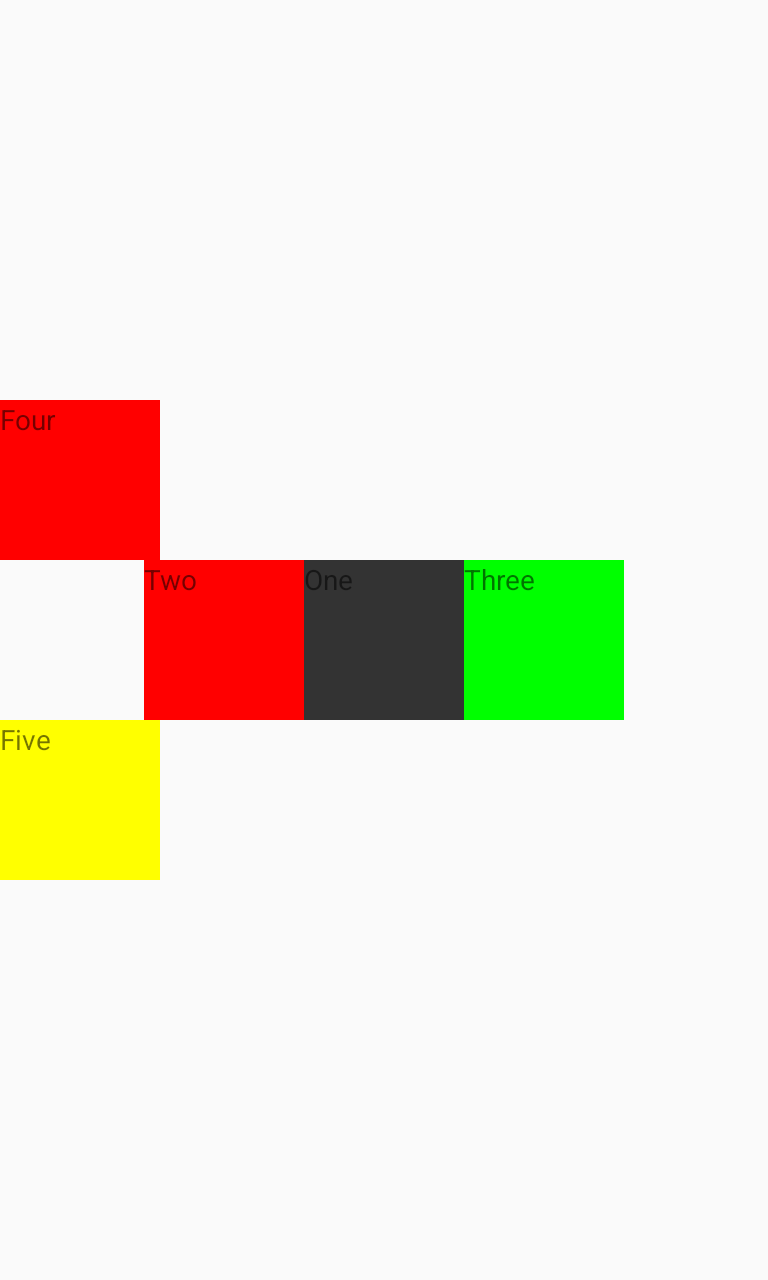
Repository: bingb89/Garbage
Layout: xml/hello/res/layout/activity_main.xml
The author's editor kept a copy of each file at every save. The layout is drawn from the files as they stood at one save, then again after the next save.
It is drawn on a 768 x 1280 px phone screen (xhdpi) without system bars, with theme AppTheme; the app's code is not run.

Above is the layout before, as saved 2015-12-24 08:52:59.

### xml/hello/res/layout/activity_main.xml
<RelativeLayout xmlns:android="http://schemas.android.com/apk/res/android"
    xmlns:tools="http://schemas.android.com/tools"
    android:id="@+id/RelativeLayout1"
    android:layout_width="match_parent"
    android:layout_height="match_parent" >

    <TextView
        android:id="@+id/t1"
        android:layout_width="80dp"
        android:layout_height="80dp"
        android:layout_centerInParent="true"
        android:background="#333333"
        android:text="@string/one" />

    <TextView
        android:id="@+id/t2"
        android:layout_width="80dp"
        android:layout_height="80dp"
        android:layout_toLeftOf="@id/t1"
        android:layout_centerVertical="true"
        android:background="#ff0000"
        android:text="@string/two" />

    <TextView
        android:id="@+id/t3"
        android:layout_width="80dp"
        android:layout_height="80dp"
        android:layout_toRightOf="@id/t1"
        android:layout_centerVertical="true"
        android:background="#00ff00"
        android:text="@string/three" />

    <TextView
        android:id="@+id/t4"
        android:layout_width="80dp"
        android:layout_height="80dp"
        android:layout_above="@id/t1"
        android:background="#ff0000"
        android:text="@string/four" />

    <TextView
        android:id="@+id/t5"
        android:layout_width="80dp"
        android:layout_height="80dp"
        android:layout_below="@id/t1"
        android:background="#ffff00"
        android:text="@string/five" />

</RelativeLayout>

### xml/hello/res/values/strings.xml
<?xml version="1.0" encoding="utf-8"?>
<resources>

    <string name="app_name">hello</string>
    <string name="hello_world">Hello world!</string>
    <string name="action_settings">Settings</string>

    <string name="one">One</string>
    <string name="two">Two</string>
    <string name="three">Three</string>
    <string name="four">Four</string>
    <string name="five">Five</string>

</resources>

Loaded but not shown: xml/hello/res/values/styles.xml (common file); xml/hello/res/values-v11/styles.xml (common file); xml/hello/res/values-v14/styles.xml (common file)

After the next save:
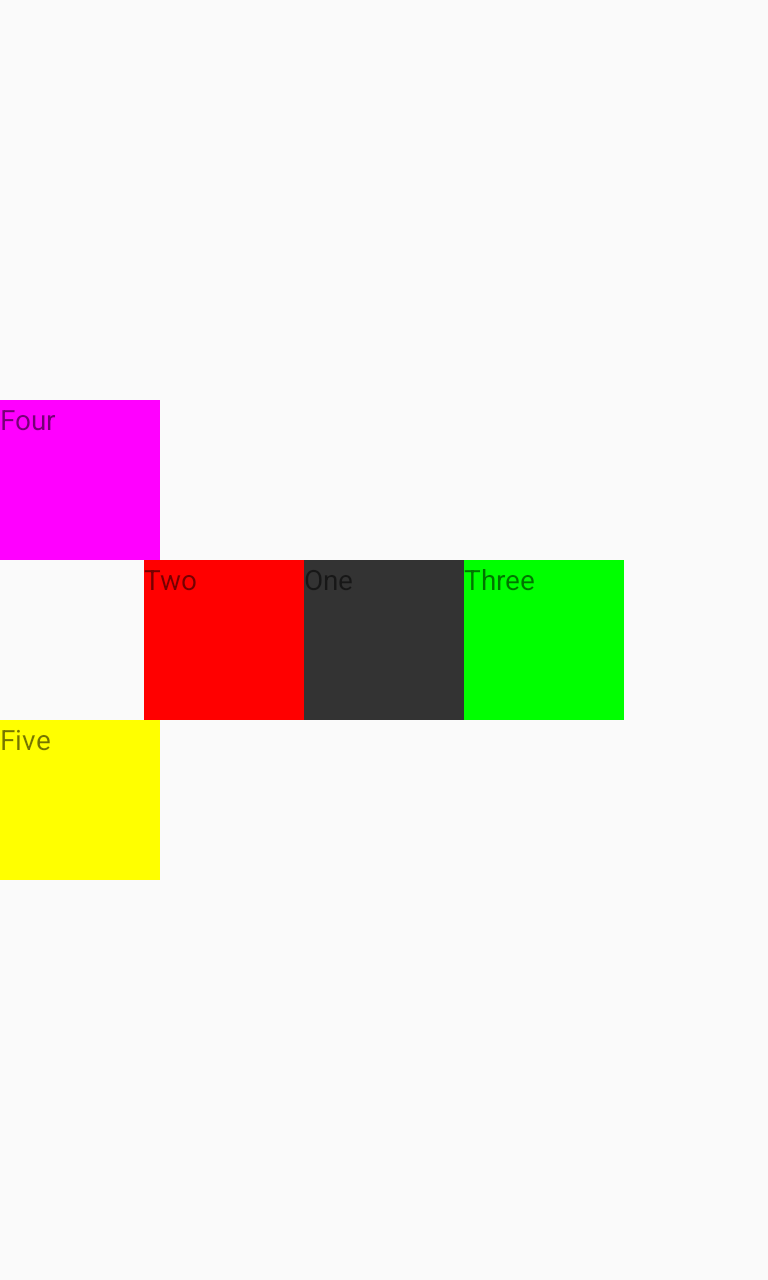
Saved 9 s later.
--- a/xml/hello/res/layout/activity_main.xml
+++ b/xml/hello/res/layout/activity_main.xml
@@ -35,7 +35,7 @@
         android:layout_width="80dp"
         android:layout_height="80dp"
         android:layout_above="@id/t1"
-        android:background="#ff0000"
+        android:background="#ff00ff"
         android:text="@string/four" />
 
     <TextView
